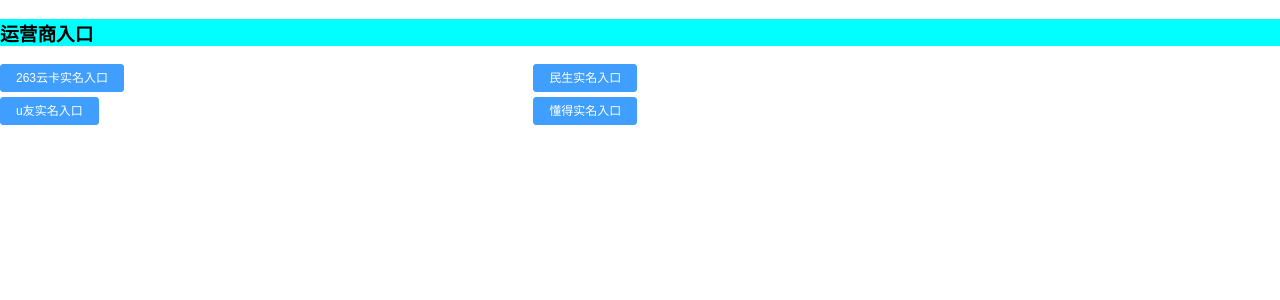
Repository: cmlsir1024/index-test
Page: index.html
An editor plug-in stored every save of this project. The page is shown before and after the next save, followed by the edit.
The browser window is 1280 px wide. The pictures show the whole page.

Above is the page before, as saved 2023-10-11 12:24:01.

After the next save:
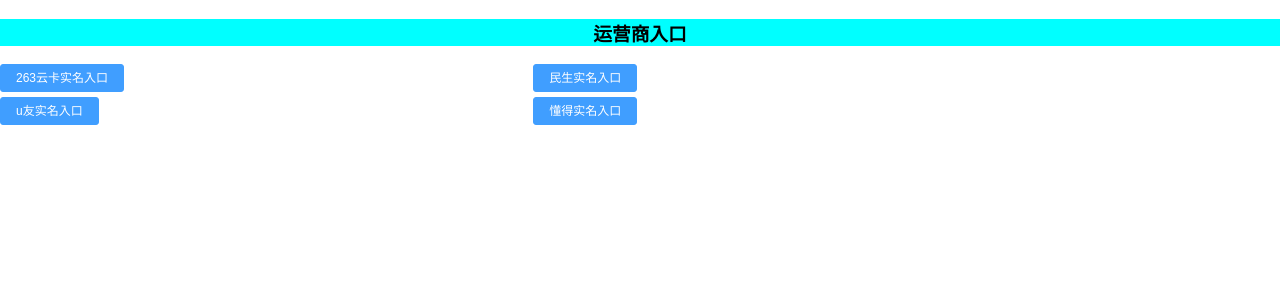
Saved 16 s later.
--- a/index.html
+++ b/index.html
@@ -99,7 +99,7 @@
 
   <body>
     <div id="app">
-      <h3 style="background-color: aqua">运营商入口</h3>
+      <h3 style="background-color: aqua; text-align: center">运营商入口</h3>
       <div class="box">
         <el-row>
           <el-col :span="10" v-for="item in dataList">
